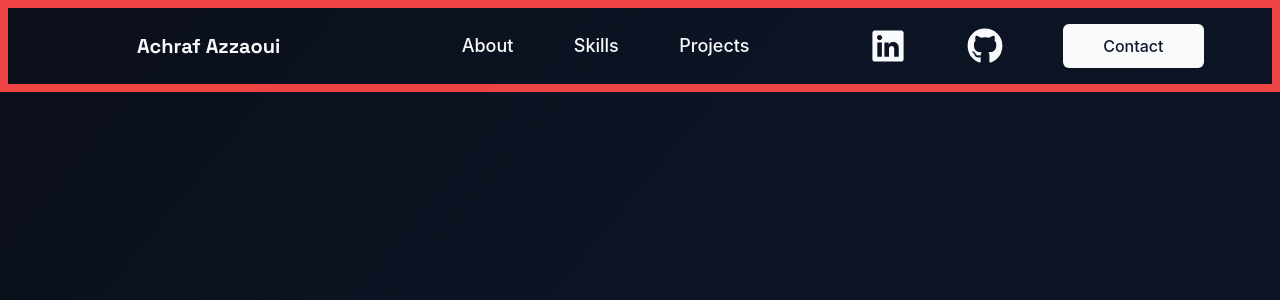
Repository: AchrafAzzaoui/Portfolio-Website
Page: / (app in achrafs-portfolio/)
An editor plug-in stored every save of this project. The page is shown before and after the next save, followed by the edit.
The browser window is 1280 px wide. The pictures show the whole page.
Some web fonts or font styles are not loaded; a fallback is used. The project was rebuilt for these pictures with package versions that can differ from the ones it lists, and the page was loaded fresh each time. Also part of the build but not shown: achrafs-portfolio/vite.config.ts.

Above is the page before, as saved 2025-01-02 22:16:52.

After the next save:
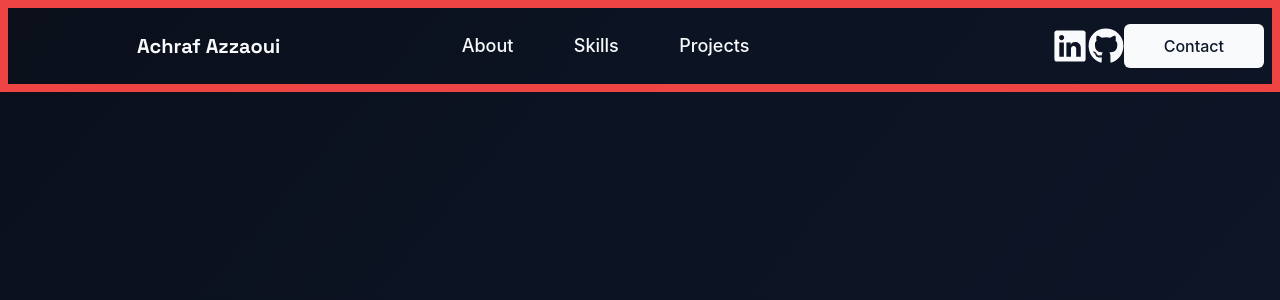
Saved 115 s later.
--- a/achrafs-portfolio/src/components/layout/Header.tsx
+++ b/achrafs-portfolio/src/components/layout/Header.tsx
@@ -31,7 +31,7 @@ export default function Header() {
             Projects
           </a>
         </div>
-        <div className="basis-6/16 flex-auto flex justify-evenly items-center">
+        <div className="basis-6/16 flex-auto flex justify-end items-center">
           <RxLinkedinLogo className="text-4xl rounded-sm text-dark-text-primary" />
           <FaGithub className="text-4xl rounded-full text-dark-text-primary" />
           <button className="px-10 py-2.5 border-2 border-dark-text-primary bg-dark-text-primary rounded-md text-light-text-primary font-sans font-medium">
